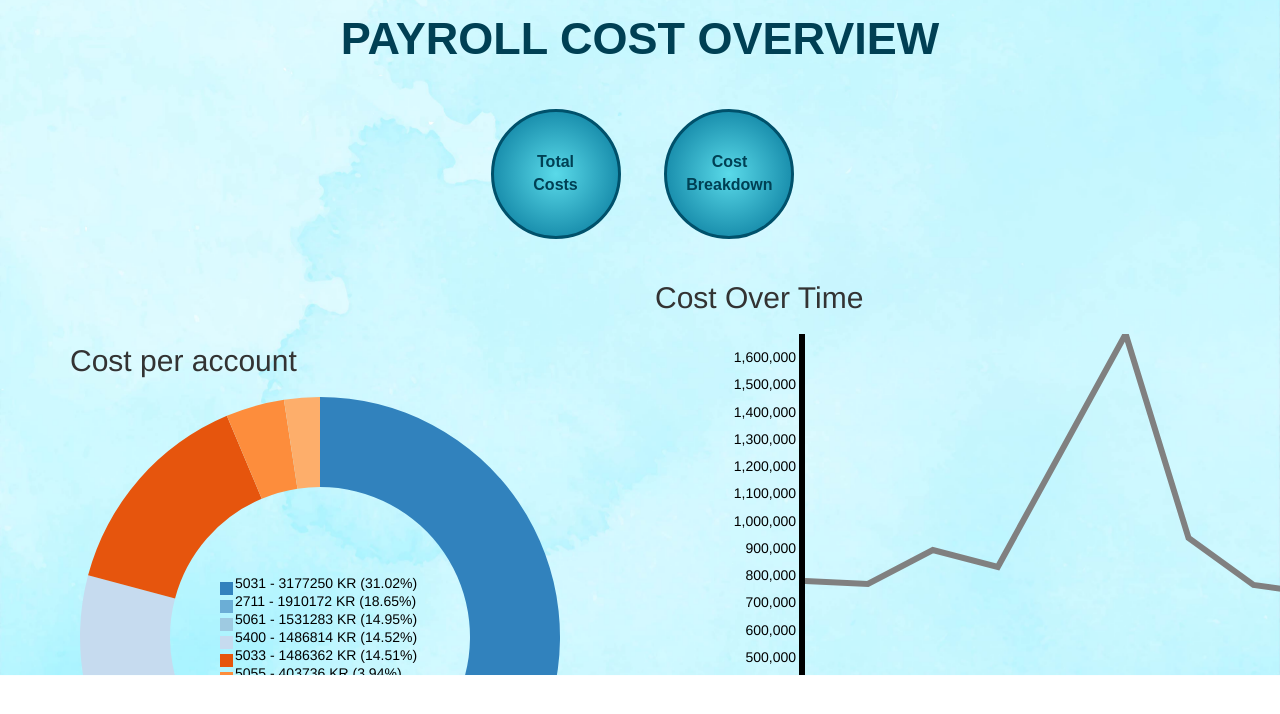
Repository: Code-Institute-Submissions/danfiliphoff-Milestoneproject-2
Page: account.html
The author's editor kept a record of every edit. The page is drawn from the files as they stood at one moment, then again after the next edit.
The browser window is 1280 px wide. The pictures show the whole page.
An inner scrolling area shows only its first screen.

Above is the page before.

After the next edit:
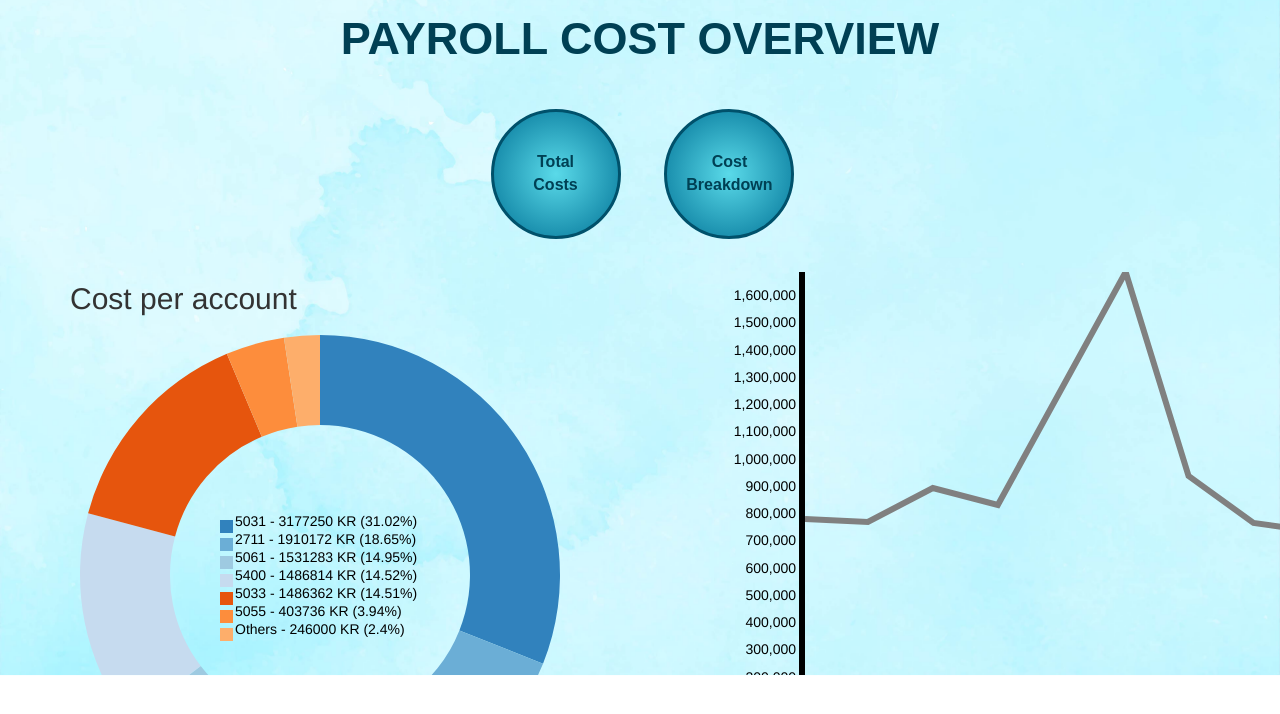
The edit:
--- a/account.html
+++ b/account.html
@@ -64,7 +64,7 @@
 
                      </div>
                      <div class="col-md-6">
-                         <h2>Cost Over Time</h2>
+
                      </div>
                 </div>
                 <div class="row">
